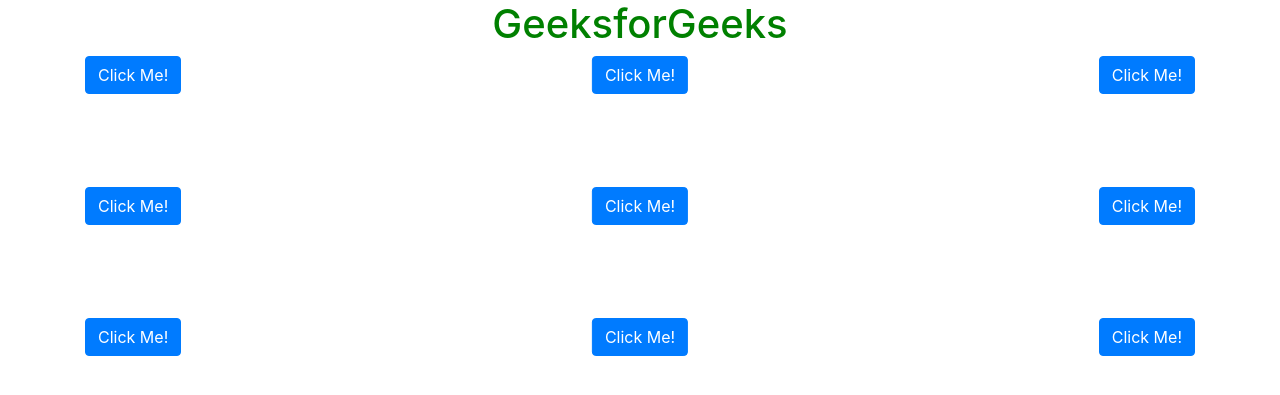
Repository: rsusolutions/RSU-Website
Page: quiz/index2.html
The author's editor kept a copy of each file at every save. The page is drawn from the files as they stood at one save, then again after the next save.
The browser window is 1280 px wide. The pictures show the whole page.
Some web libraries are served in a nearby version.

Above is the page before, as saved 2020-04-21 13:19:17.

### quiz/index2.html
<!DOCTYPE html>
<html>

<head>
	<meta name="viewport"
	ontent="width=device-width, initial-scale=1, shrink-to-fit=no">

	<link rel="stylesheet"
href="https://maxcdn.bootstrapcdn.com/bootstrap/4.0.0/css/bootstrap.min.css" />

	<title>Aligning Buttons</title>

	<style type="text/css">
		html,
		body {
			height: 300px;
		}

		.top-left {
			top: 0;
			left: 0;
		}

		.top-center {
			top: 0;
			left: 50%;
			transform: translateX(-50%);
		}

		.top-right {
			top: 0;
			right: 0;
		}

		.mid-left {
			top: 50%;
			left: 0;
			transform: translateY(-50%);
		}

		.mid-center {
			top: 50%;
			left: 50%;
			transform: translateX(-50%) translateY(-50%);
		}

		.mid-right {
			top: 50%;
			right: 0;
			transform: translateY(-50%);
		}

		.bottom-left {
			bottom: 0;
			left: 0;
		}

		.bottom-center {
			bottom: 0;
			left: 50%;
			transform: translateX(-50%);
		}

		.bottom-right {
			bottom: 0;
			right: 0;
		}
	</style>
</head>

<body>
	<h1 style="color:green; text-align:center;">GeeksforGeeks</h1>
	<div class="container h-100">
		<div class="position-relative h-100">
			<div class="position-absolute top-left">
				<button type="button" class="btn btn-primary">Click Me!</button>
			</div>
			<div class="position-absolute top-center">
				<button type="button" class="btn btn-primary">Click Me!</button>
			</div>
			<div class="position-absolute top-right">
				<button type="button" class="btn btn-primary">Click Me!</button>
			</div>

			<div class="position-absolute mid-left">
				<button type="button" class="btn btn-primary">Click Me!</button>
			</div>
			<div class="position-absolute mid-center">
				<button type="button" class="btn btn-primary">Click Me!</button>
			</div>
			<div class="position-absolute mid-right">
				<button type="button" class="btn btn-primary">Click Me!</button>
			</div>

			<div class="position-absolute bottom-left">
				<button type="button" class="btn btn-primary">Click Me!</button>
			</div>
			<div class="position-absolute bottom-center">
				<button type="button" class="btn btn-primary">Click Me!</button>
			</div>
			<div class="position-absolute bottom-right">
				<button type="button" class="btn btn-primary">Click Me!</button>
			</div>
		</div>
	</div>

	<script src="https://code.jquery.com/jquery-3.2.1.slim.min.js"></script>
	<script src=
"https://maxcdn.bootstrapcdn.com/bootstrap/4.0.0/js/bootstrap.min.js">
	</script>
</body>

</html>

After the next save:
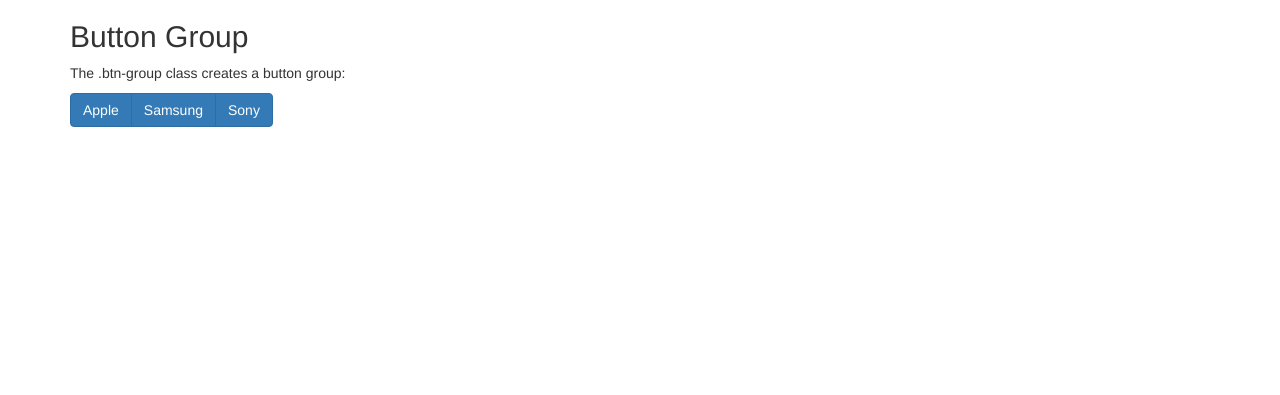
Saved 2 min 43 s later.
--- a/quiz/index2.html
+++ b/quiz/index2.html
@@ -1,113 +1,24 @@
 <!DOCTYPE html>
-<html>
+<html lang="en">
+<head>
+  <title>Bootstrap Example</title>
+  <meta charset="utf-8">
+  <meta name="viewport" content="width=device-width, initial-scale=1">
+  <link rel="stylesheet" href="https://maxcdn.bootstrapcdn.com/bootstrap/3.4.1/css/bootstrap.min.css">
+  <script src="https://ajax.googleapis.com/ajax/libs/jquery/3.4.1/jquery.min.js"></script>
+  <script src="https://maxcdn.bootstrapcdn.com/bootstrap/3.4.1/js/bootstrap.min.js"></script>
+</head>
+<body>
 
-<head>
-	<meta name="viewport"
-	ontent="width=device-width, initial-scale=1, shrink-to-fit=no">
+<div class="container">
+  <h2>Button Group</h2>
+  <p>The .btn-group class creates a button group:</p>
+  <div class="btn-group">
+    <button type="button" class="btn btn-primary">Apple</button>
+    <button type="button" class="btn btn-primary">Samsung</button>
+    <button type="button" class="btn btn-primary">Sony</button>
+  </div>
+</div>
 
-	<link rel="stylesheet"
-href="https://maxcdn.bootstrapcdn.com/bootstrap/4.0.0/css/bootstrap.min.css" />
-
-	<title>Aligning Buttons</title>
-
-	<style type="text/css">
-		html,
-		body {
-			height: 300px;
-		}
-
-		.top-left {
-			top: 0;
-			left: 0;
-		}
-
-		.top-center {
-			top: 0;
-			left: 50%;
-			transform: translateX(-50%);
-		}
-
-		.top-right {
-			top: 0;
-			right: 0;
-		}
-
-		.mid-left {
-			top: 50%;
-			left: 0;
-			transform: translateY(-50%);
-		}
-
-		.mid-center {
-			top: 50%;
-			left: 50%;
-			transform: translateX(-50%) translateY(-50%);
-		}
-
-		.mid-right {
-			top: 50%;
-			right: 0;
-			transform: translateY(-50%);
-		}
-
-		.bottom-left {
-			bottom: 0;
-			left: 0;
-		}
-
-		.bottom-center {
-			bottom: 0;
-			left: 50%;
-			transform: translateX(-50%);
-		}
-
-		.bottom-right {
-			bottom: 0;
-			right: 0;
-		}
-	</style>
-</head>
-
-<body>
-	<h1 style="color:green; text-align:center;">GeeksforGeeks</h1>
-	<div class="container h-100">
-		<div class="position-relative h-100">
-			<div class="position-absolute top-left">
-				<button type="button" class="btn btn-primary">Click Me!</button>
-			</div>
-			<div class="position-absolute top-center">
-				<button type="button" class="btn btn-primary">Click Me!</button>
-			</div>
-			<div class="position-absolute top-right">
-				<button type="button" class="btn btn-primary">Click Me!</button>
-			</div>
-
-			<div class="position-absolute mid-left">
-				<button type="button" class="btn btn-primary">Click Me!</button>
-			</div>
-			<div class="position-absolute mid-center">
-				<button type="button" class="btn btn-primary">Click Me!</button>
-			</div>
-			<div class="position-absolute mid-right">
-				<button type="button" class="btn btn-primary">Click Me!</button>
-			</div>
-
-			<div class="position-absolute bottom-left">
-				<button type="button" class="btn btn-primary">Click Me!</button>
-			</div>
-			<div class="position-absolute bottom-center">
-				<button type="button" class="btn btn-primary">Click Me!</button>
-			</div>
-			<div class="position-absolute bottom-right">
-				<button type="button" class="btn btn-primary">Click Me!</button>
-			</div>
-		</div>
-	</div>
-
-	<script src="https://code.jquery.com/jquery-3.2.1.slim.min.js"></script>
-	<script src=
-"https://maxcdn.bootstrapcdn.com/bootstrap/4.0.0/js/bootstrap.min.js">
-	</script>
 </body>
-
 </html>
